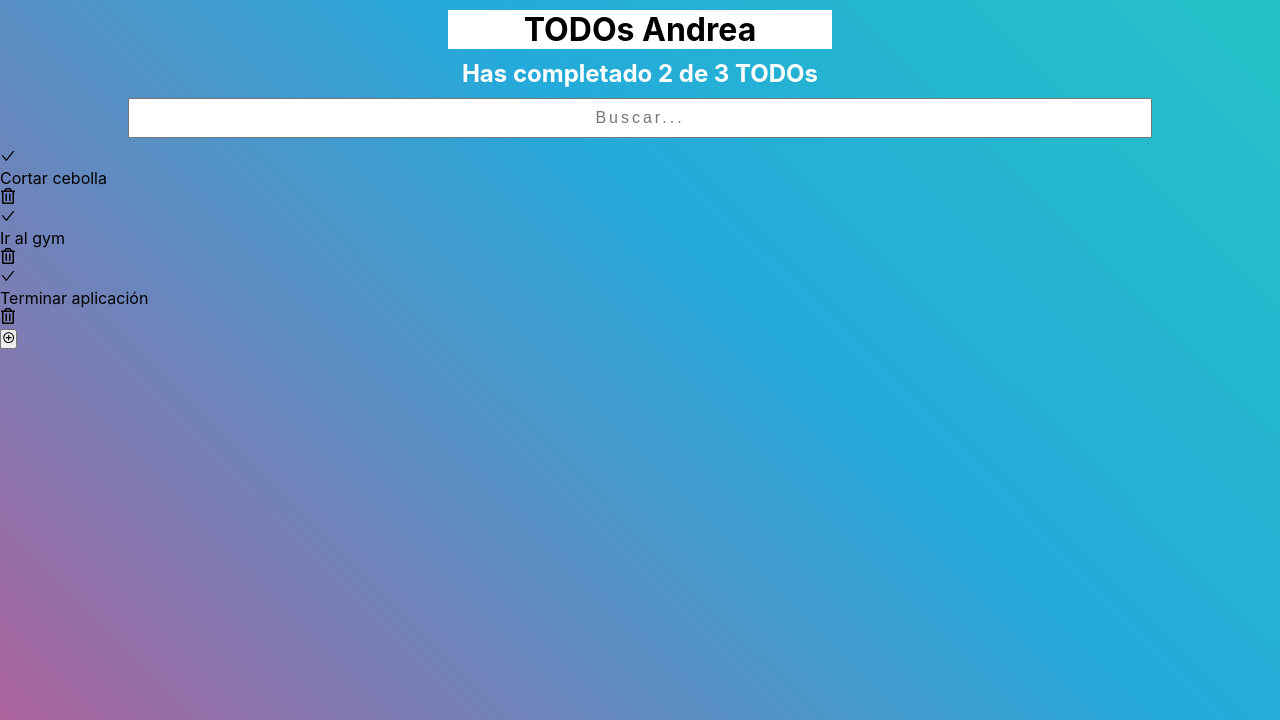
Repository: Pandrea-hub/TODOs
Page: /
These files come from the project's save history. The page is drawn as it stood at one moment and after the next save; the edit follows.
The browser window is 1280 px wide. The pictures show the whole page.
The project was rebuilt for these pictures with package versions that can differ from the ones it lists, and the page was loaded fresh each time. Also part of the build but not shown: src/TodoItem.css.

Above is the page before, as saved 2022-06-07 09:35:42.

After the next save:
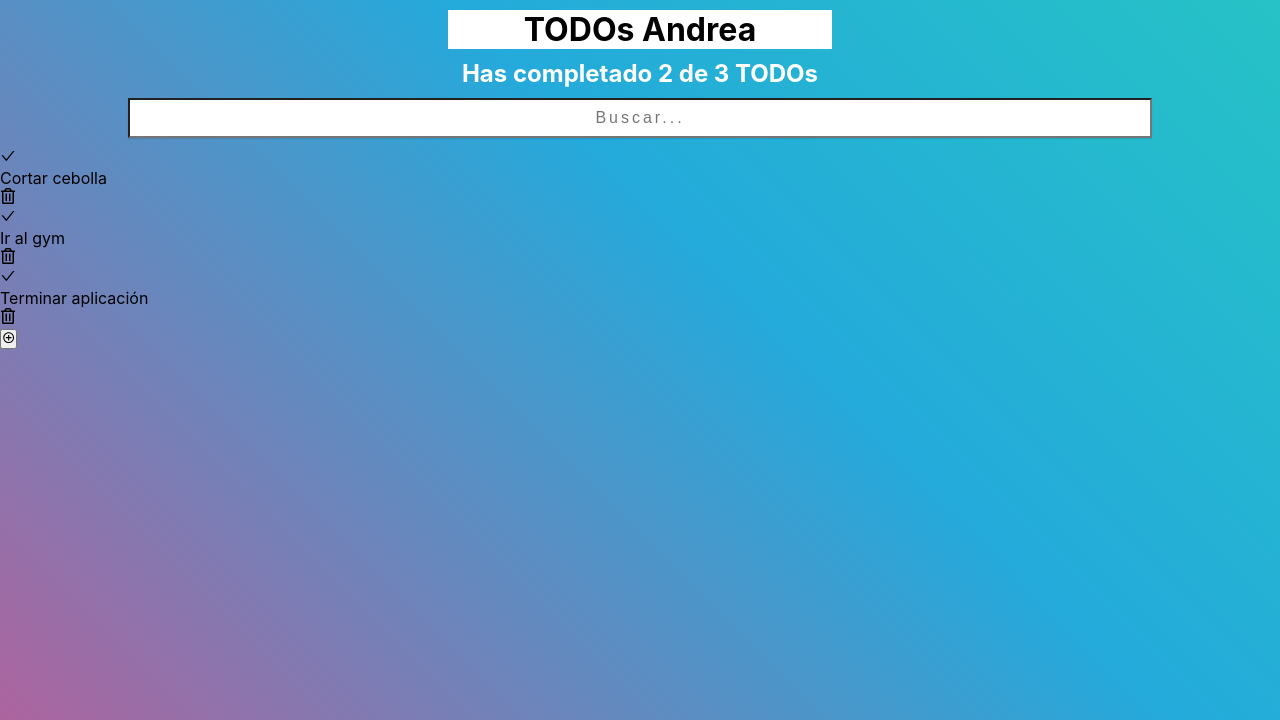
Saved 2 min 57 s later.
--- a/src/TodoSearch.css
+++ b/src/TodoSearch.css
@@ -6,4 +6,6 @@ input {
     text-align: center;
     letter-spacing: 3px;
     font-size: 16px;
+    box-shadow: 0 1px 1px 0 rgb(0 0 0 / 10%);
+    ;
 }
